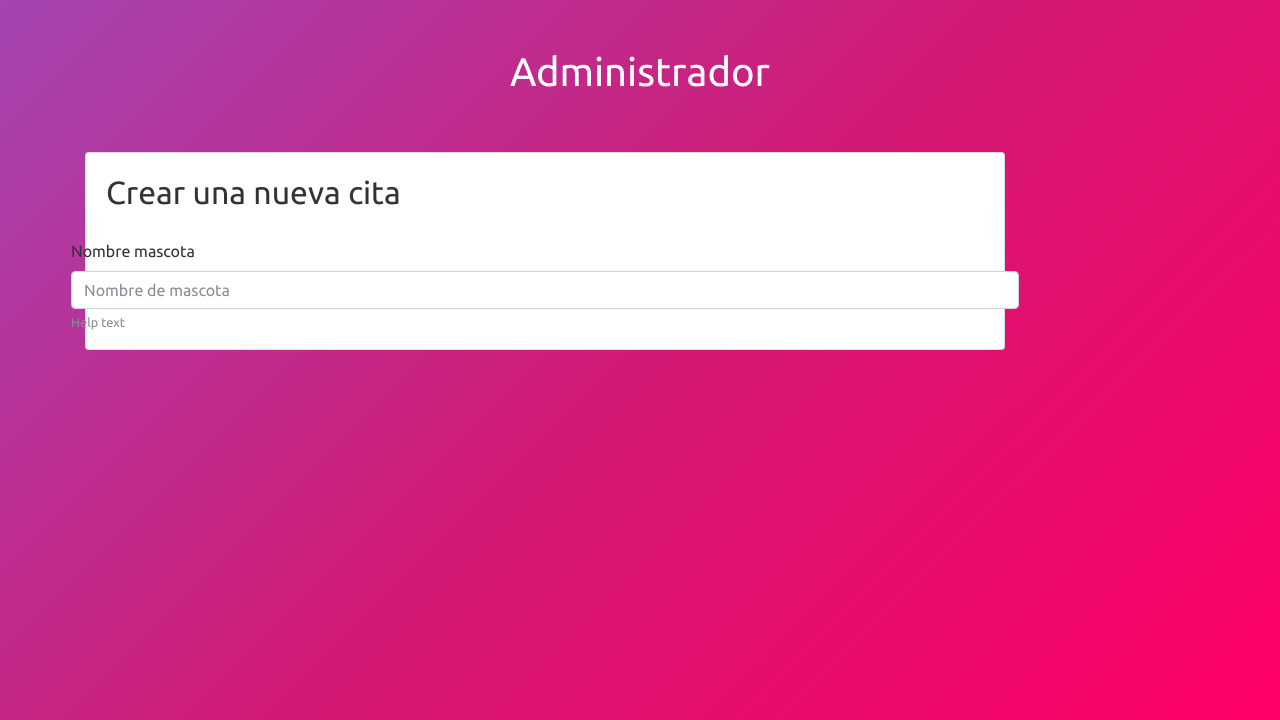
Repository: harrycampaz/react-veterinario-form
Page: /
These files come from the project's save history. The page is drawn as it stood at one moment and after the next save; the edit follows.
The browser window is 1280 px wide. The pictures show the whole page.
The project was rebuilt for these pictures with package versions that can differ from the ones it lists, and the page was loaded fresh each time.

Above is the page before, as saved 2020-01-16 14:08:22.

### src/App.js
import React, { Component} from 'react';
import './bootstrap.min.css'
import Header from './components/ui/Header'
import NuevaCita from './components/layout/NuevaCita';


class App extends Component {
  state = {  }
  render() {
    return (
      <div class="container">
        <Header titulo = "Administrador"/>

        <div className="row">
          <div className = "col-md-10 ">
<NuevaCita/>
          </div>
        </div>
      </div>
     );
  }
}

export default App;

### src/components/ui/Header.js
import React from 'react';

const Header = ({titulo}) => {
    return (
      <header>
<h1 className="text-center"> {titulo}</h1>
      </header>
    );
};

export default Header;

### src/components/layout/NuevaCita.js
import React, { Component } from "react";

class NuevaCita extends Component {
  render() {
    return (
      <div className="card mt-5">
        <div className="card-body">
          <h2> Crear una nueva cita</h2>
        </div>

        <form>
          <div class="form-group row">
            <label for="nombre">Nombre mascota</label>
            <input
              type="text"
              className="form-control"
              name="mascota"
              id="mascota"
              aria-describedby="emailHelpId"
              placeholder="Nombre de mascota"
            />
            <small id="emailHelpId" class="form-text text-muted">
              Help text
            </small>
          </div>
        </form>
      </div>
    );
  }
}

export default NuevaCita;

Loaded but not shown: public/index.html (common file); src/index.js (common file); src/index.css (common file); src/serviceWorker.js (common file); src/bootstrap.min.css (library)

After the next save:
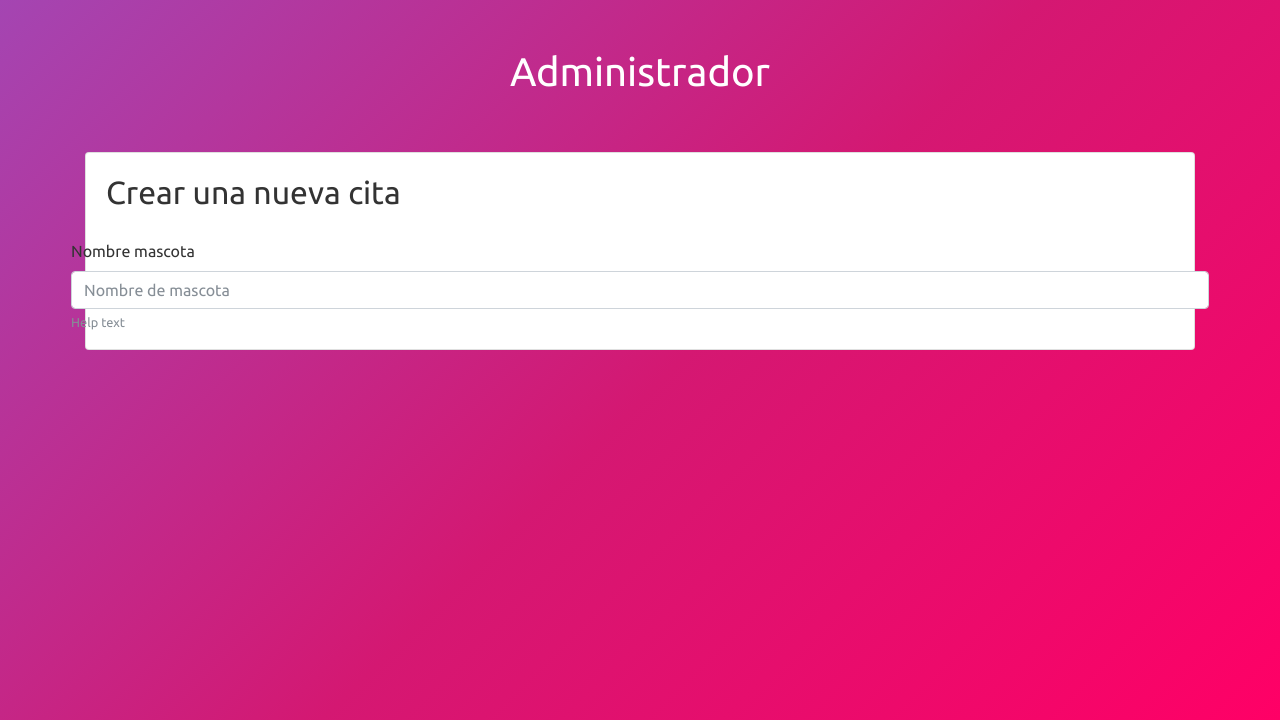
Saved 13 s later.
--- a/src/App.js
+++ b/src/App.js
@@ -12,7 +12,7 @@
         <Header titulo = "Administrador"/>
 
         <div className="row">
-          <div className = "col-md-10 ">
+          <div className = "col-md-12 max-auto">
 <NuevaCita/>
           </div>
         </div>

After the save that followed:
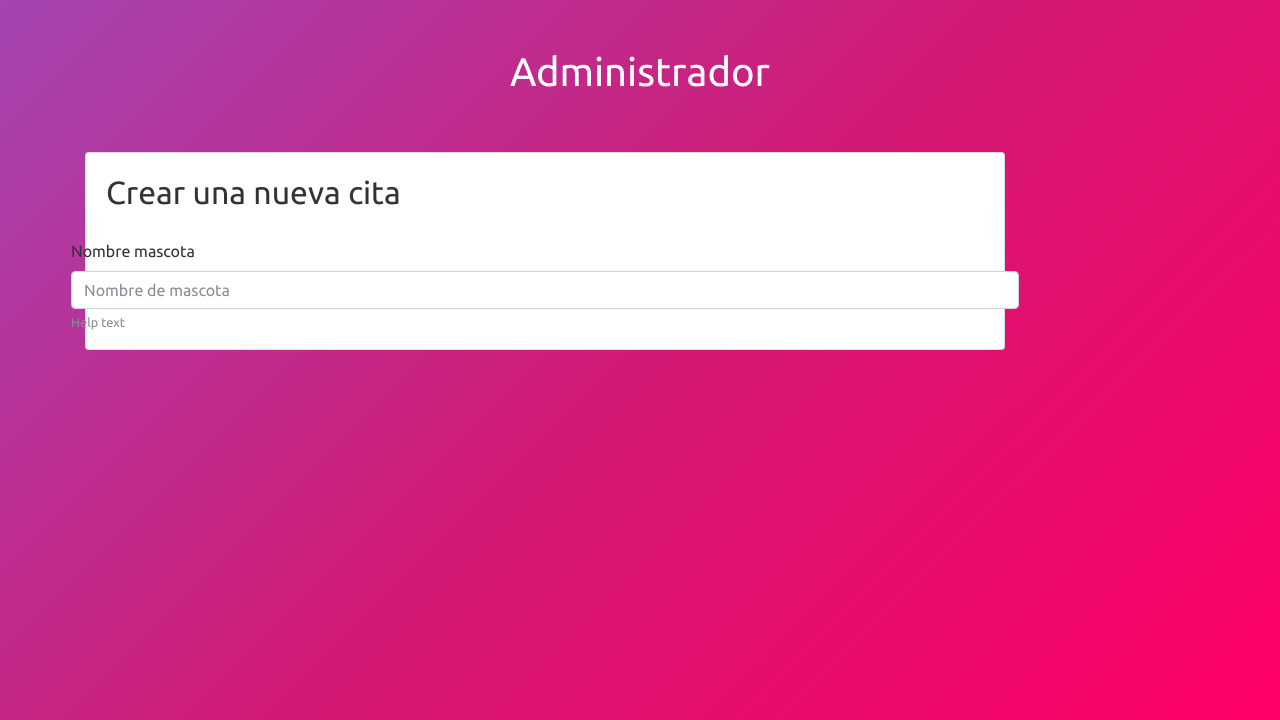
Saved 4 s later.
--- a/src/App.js
+++ b/src/App.js
@@ -12,7 +12,7 @@
         <Header titulo = "Administrador"/>
 
         <div className="row">
-          <div className = "col-md-12 max-auto">
+          <div className = "col-md-10 max-auto">
 <NuevaCita/>
           </div>
         </div>
